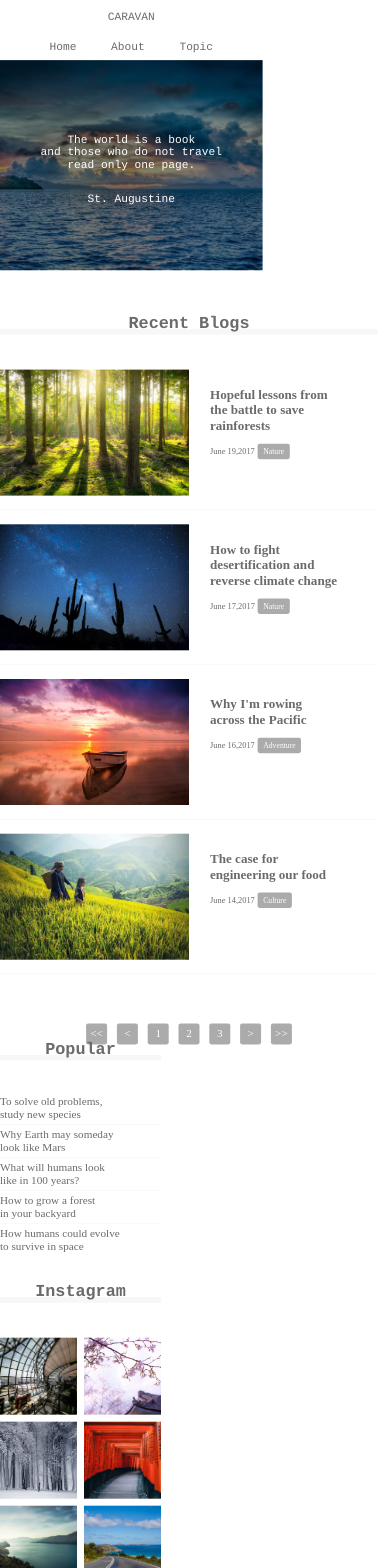
Repository: Kaori199701/-1
Page: caravan/index.html
The author's editor kept a record of every edit. The page is drawn from the files as they stood at one moment, then again after the next edit.
The browser window is 375 px wide. The page is 540 px wide, then 414 px, so the pictures cover 540 px, including what lies to the right of the window. The pictures show the part of the page from y = 0 to 2240 px (the page is 2826 px tall before and 2882 px after), at 70% of full size.
Some web libraries are served in a nearby version.

Above is the page before.

### caravan/index.html
<!DOCTYPE html>
<html lang="ja">
  <head>
    <meta charset="UTF-8" />
    <meta name="viewport" content="width=device-width,initial-scale=1.0">
    <!-- FontAwesomeの読み込み -->
    <script src="https://kit.fontawesome.com/28849d95ea.js" crossorigin="anonymous"></script>

    <!-- CSSファイルの読み込み -->
    <link rel="stylesheet" href="style.css" />
    <title>CARAVAN</title>
  </head>

  <body>
     <!-- header -->
    <header>
      <hi class="heading">
        <a href="index.html">
          CARAVAN
        </a>
      </hi>

      <div class="social">
         <i class="fab fa-facebook-square"></i>
         <i class="fab fa-twitter-square"></i>
         <i class="fab fa-instagram"></i>
      </div>
    </header>

    <! --navigation-->
    <nav>
      <ul class="nav-list">
        <li class="nav-list-item">
          <a href="index.html">Home</a>
        </li>
        <li class="nav-list-item">About</li>
        <li class="nav-list-item">Topic</li>
      </ul>
    </nav>

     <!-- main-visual用のdiv -->
     <div class="main-visual">
       <div class="main-visual-content">
       <!-- pタグ（と文字）を追加 -->
        <p class="main-visual-text">
         The world is a book<br />
         and those who do not travel<br />
         read only one page.
        </p>
        <p class="main-visual-name">
         St. Augustine
        </p>
       </div>
     </div>

     <!-- main用のdiv -->
     <main>
       <!-- ブログ(左側) -->
       <section class="blog">
        <h2 class="blog-heading">Recent Blogs</h2>

        <div class="blog-box">

         <!-- 1コ目の記事-->
         <div class="blog-item">
           <img class="blog-image" src="img/forest.jpg">
           <section class="blog-text">
             <h3 class="blog-text-heading">
               <a href="single.html">
                Hopeful lessons from<br>
                the battle to save<br>
                rainforests
               </a>
             </h3>
             <p class="blog-date">June 19,2017</p>
             <span class="category">Nature</span>
           </section>
          </div>

         <!-- 2コ目の記事-->
          <div class="blog-item">
           <img class="blog-image" src="img/desert.jpg">
           <section class="blog-text">
             <h3 class="blog-text-heading">
               <a href="single.html">
                How to fight<br>
                desertification and<br>
                reverse climate change
               </a>
             </h3>
             <p class="blog-date">June 17,2017</p>
             <span class="category">Nature</span>
           </section>
          </div>

        <!-- 3コ目の記事-->
         <div class="blog-item">
           <img class="blog-image" src="img/sunset.jpg">
           <section class="blog-text">
             <h3 class="blog-text-heading">
               <a href="single.html">
                Why I'm rowing<br>
                across the Pacific
               </a>
             </h3>
             <p class="blog-date">June 16,2017</p>
             <span class="category">Adventure</span>
           </section>
         </div>

        <!-- 4コ目の記事-->
         <div class="blog-item">
           <img class="blog-image" src="img/asia.jpg">
           <section class="blog-text">
             <h3 class="blog-text-heading">
               <a href="single.html">
                 The case for<br>
                 engineering our food
               </a>
             </h3>
             <p class="blog-date">June 14,2017</p>
             <span class="category">Culture</span>
           </section>
          </div>
         </div>
         <div class="pagination">
            <p><<</p>
            <p><</p>
            <p>1</p>
            <p>2</p>
            <p>3</p>
            <p>></p>
            <p>>></p>
         </div>
       </section>

       <!-- サイドバー(右側) -->
       <div class="sidebar">
        <selection class="popular">
          <h2 class="popular-heading common-heading">Popular</h2>
           <div class="sidebar-contents">
             <p class="popular-text">To solve old problems,<br>study new species</p>
             <p class="popular-text">Why Earth may someday<br>look like Mars</p>
             <p class="popular-text">What will humans look<br>like in 100 years?</p>
             <p class="popular-text">How to grow a forest<br>in your backyard</p>
             <p class="popular-text">How humans could evolve<br>to survive in space</p>
           </div>
        </selection>

        <selection class="instagram">
          <h2 class="instagram-heading common-heading">Instagram</h2>
           <div class="sidebar-contents">
             <div class="instagram-box"></div>
             <div class="instagram-box"></div>
             <div class="instagram-box"></div>
             <div class="instagram-box"></div>
             <div class="instagram-box"></div>
             <div class="instagram-box"></div>
           </div>
        </selection>

        <section class="categories">
          <h2 class="categories-heading common-heading">Categories</h2>
           <div class="sidebar-contents">
             <p class="categories-text">Technology(15)</p>
             <p class="categories-text">Business(23)</p>
             <p class="categories-text">Entertainment(12)</p>
             <p class="categories-text">Nature(32)</p>
             <p class="categories-text">Education(9)</p>
             <p class="categories-text">Adventure(23)</p>
             <p class="categories-text">Communication(14)</p>
           </div>
        </selection>

       </div>
     </main>

     <!-- footer -->
     <footer>
       <p class="footer-text">© All rights reserved by Infratop.Inc.</p>
     </footer>
   </body>
</html>

### caravan/style.css
/* ブラウザがそれぞれ持っているCSSをリセットするための記述 */
* {
  margin: 0;
  padding: 0;
  box-sizing: border-box;
  color: #6c6b6b;
}

a {
  text-decoration: none;
}

header, nav, h2, .main-visual, footer {
  font-family: Chalkduster, "Bradley Hand", Courier, "Segoe Print", sans-serif;
}

header {
  width: 90%; /* 横幅90% */
  padding: 15px 0;
  margin: 0 auto;
  text-align: center;
  position: relative; /* #socialの基準位置を相対位置へ変更する */
}

.social {
  position: absolute; /* headerの左上を基準に絶対位置で指定する */
  top: 22px; /* headerの左上から22px下側へ移動する */
  right: 22px; /* headerの右上から22px左側へ移動する */
}

.social i {
  display: inline-block;
  margin-left: 20px;
}

header.heading {/* headerタグ内のheadingクラスにのみ反映される */
  font-size: 32px;
}

.nav-list {
  text-align: center;
  padding: 10px 0;
  margin: 0 auto;
}

.nav-list-item {
  list-style: none;
  display: inline-block;
  margin: 0 20px;
}


.main-visual {
  width: 100%; /* 横幅いっぱい */
  height: 300px; /* 高さ300px */
  background-image: url(img/mv.jpg);
  background-size: cover;/* 縦横比を維持したまま背景領域を埋め尽くす */
  background-position:center;/* 背景画像を中央に配置 */
}

.main-visual-content {
  width: 40%; /* 横幅40% */
  height: 300px; /* 親の高さに揃える */
  background-color: rgba(0,0,0,0.5);/* 背景色を半透明の黒にする */
  text-align: center; /* 文字を中央揃えにする */
  padding-top: 105px;/* 上側の内側余白で垂直方向の位置を調整(上105px空白にする) */
}

.main-visual-text {
  color: #fff; /* 文字色を白に変更 */
}

.main-visual-name {
  margin-top: 30px; /* 上側の外側の余白 */
  color: #fff; /* 文字色を白に変更 */
}


main {
  width: 800px; /* 横幅800px */
  display: flex; /* Flexboxの利用 */
  justify-content: center; /* 要素の横並び・中央寄せ */
  margin: 0 auto; /* 要素の中央揃え */
  padding: 70px 0; /* 上下に70px、左右に0pxの内側余白 */
}

.blog {
  width: 540px;
  margin-right: 30px;/* 領域の右側余白30px*/

}

.blog-heading {
  border-bottom: 8px solid #f7f7f7;
  text-align: center;
  line-height: 0.6;
}

.blog-box {
  padding-top: 50px;
}

.blog-item {
  padding-bottom: 20px;
  margin-bottom: 20px;
  border-bottom: 1px solid #f7f7f7;
  display: flex; /* Flexboxの利用 */
  justify-content: flex-start;
}

.blog-image{
  height: 180px;
}

.blog-text {
  padding: 25px 0 0 30px;
}

.blog-text-heading {
  padding-bottom: 15px;
}

.blog-date {
  font-size: 12px;
  display: inline-block;
}

.category {
  display: inline-block;
  padding: 5px 8px;
  background-color: #acabab;
  border-radius: 3px;
  color: #fff;
  font-size: 11px;
}

.pagination {
  text-align: center;
  padding-top: 50px;
}

.pagination p {
  display: inline-block;
  width: 30px;
  height: 30px;
  margin: 0 5px;
  color: #fff;
  background-color: #acabab;
  border-radius: 3px;
  line-height: 30px;
}


.sidebar {
  width: 230px;
}

.common-heading {
  border-bottom: 8px solid #f7f7f7;
  text-align: center;
  line-height: 0.6;
}

.sidebar-contents {
  padding: 50px 0;
}

.popular-text,
.categories-text {
  padding-bottom: 5px;
  border-bottom: 1px solid #f7f7f7;
  margin-bottom: 5px;
}

.popular-text:last-child,
.categories-text:last-child {
  margin: 0;
  padding: 0;
  border: none;
}

.instagram .sidebar-contents {
  display: flex;
  flex-wrap: wrap;
}

.instagram-box {
  width: 110px;
  padding-top: 110px;
  background-size: cover;
  background-position: center;
  margin-bottom: 10px;
}

.instagram-box:nth-child(odd) {
  margin: 0 10px 10px 0;
}

.instagram-box:nth-child(1) {
  background-image: url(img/airport.jpg);
}

.instagram-box:nth-child(2) {
  background-image: url(img/japan.jpg);
}

.instagram-box:nth-child(3) {
  background-image: url(img/snow.jpg);
}

.instagram-box:nth-child(4) {
  background-image: url(img/japan2.jpg);
}

.instagram-box:nth-child(5) {
  background-image: url(img/lake.jpg);
}

.instagram-box:nth-child(6) {
  background-image: url(img/road.jpg);
}



footer {
  width: 100%; /* 横幅いっぱい */
  height: 120px; /* 高さ120px */
  text-align: center;
  line-height: 120px;
  background-color: #848282;
}

.footer-text {
  color: #fff;
}


@media screen and (max-width: 425px) {
  header {
    width: 100%;
  }

  .nav-list {
    width: 100%;
  }

  .av-list-item {
    width: 100%;
    margin: 0 0 10px 0;
  }

 .social {
    display: none;
  }

  .main-visual-content {
    width: 100%;
  }

  main {
    width: 100%;
    display: block;
  }

  .blog {
    width: 100%
    margin: 0;
  }
}

After the next edit:
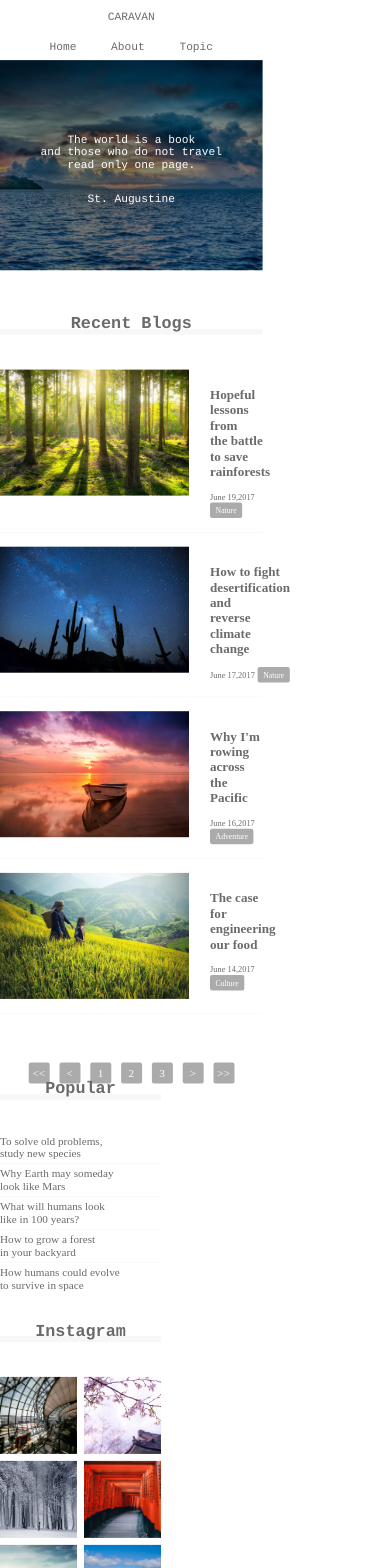
The edit:
--- a/caravan/style.css
+++ b/caravan/style.css
@@ -263,7 +263,7 @@
   }
 
   .blog {
-    width: 100%
+    width: 100%;
     margin: 0;
   }
 }
